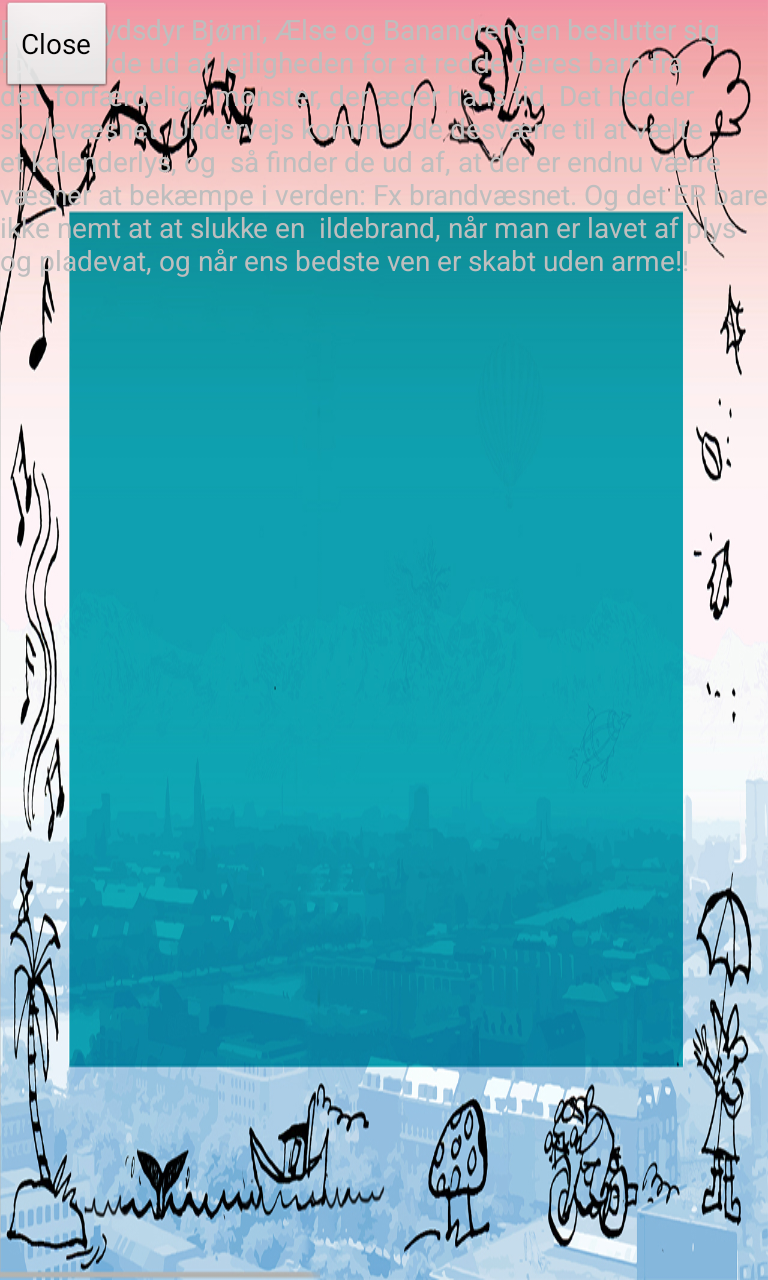
Repository: DreadMuffin/work
Layout: tablets/Historie/res/layout/popup1.xml
An editor plug-in stored every save of this project. The layout is shown before and after the next save, followed by the edit.
It is drawn on a 768 x 1280 px phone screen (xhdpi) without system bars, with theme android:Theme.NoTitleBar; the app's code is not run.

Above is the layout before, as saved 2015-02-26 04:40:41.

After the next save:
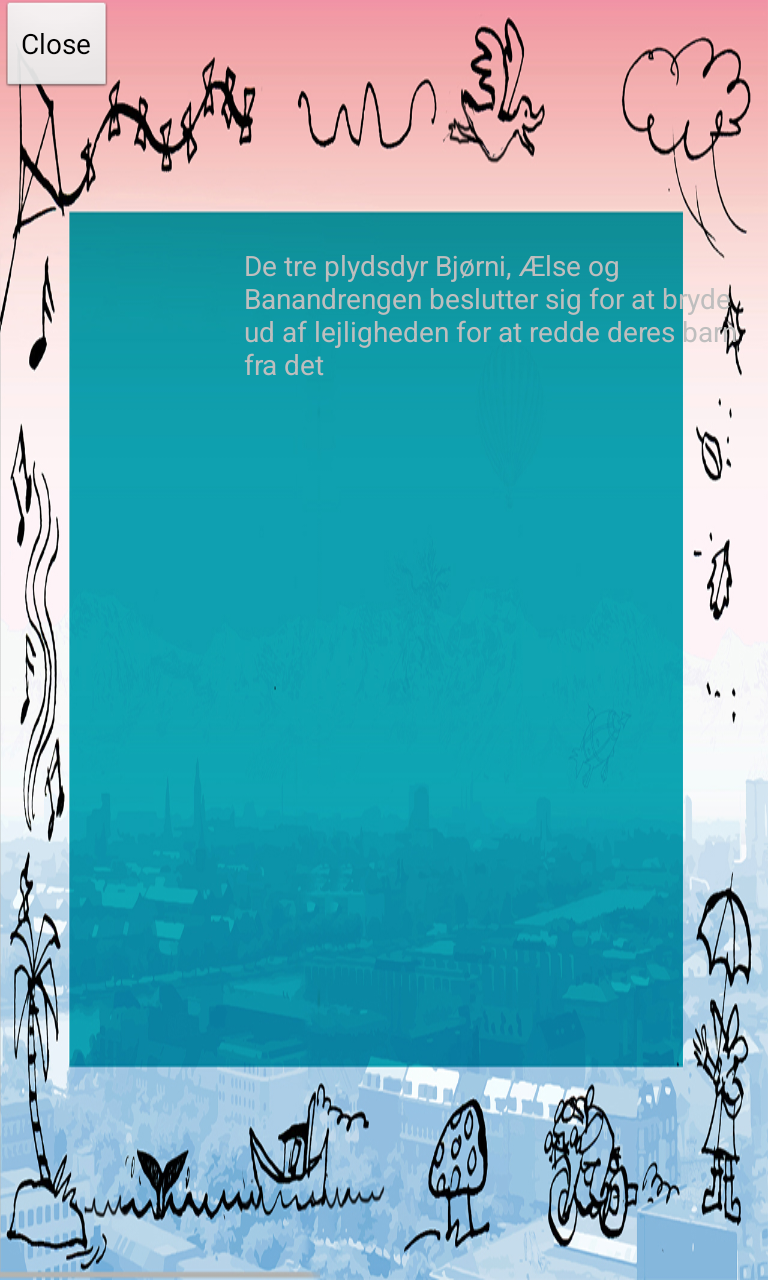
Saved 34 s later.
--- a/tablets/Historie/res/layout/popup1.xml
+++ b/tablets/Historie/res/layout/popup1.xml
@@ -6,16 +6,6 @@
     android:background="@drawable/popupwp"
     tools:context=".Historie" >
 
-	<TextView
-	android:id="@+id/txtView"
-	android:layout_width="wrap_content"
-	android:layout_height="wrap_content"
-	android:layout_marginTop="5sp"
-	android:text="De tre plydsdyr Bjørni, Ælse og Banandrengen beslutter sig for at bryde ud af lejligheden for at redde deres barn fra det
-forfærdelige monster, der æder hans tid. Det hedder skolevæsnet. Undervejs kommer de desværre til at vælte et kalenderlys, og
-så finder de ud af, at der er endnu værre væsner at bekæmpe i verden: Fx brandvæsnet. Og det ER bare ikke nemt at at slukke en
-ildebrand, når man er lavet af plys og pladevat, og når ens bedste ven er skabt uden arme!!" />
-
 	<Button
 	android:id="@+id/btn_close_popup"
 	android:layout_width="wrap_content"
@@ -23,4 +13,14 @@
 	android:layout_gravity="center"
 	android:text="Close" />
 
+	<TextView
+	    android:id="@+id/txtView"
+	    android:layout_width="wrap_content"
+	    android:layout_height="wrap_content"
+	    android:layout_below="@+id/btn_close_popup"
+	    android:layout_marginLeft="65dp"
+	    android:layout_marginTop="75dp"
+	    android:layout_toRightOf="@+id/btn_close_popup"
+	    android:text="De tre plydsdyr Bjørni, Ælse og Banandrengen beslutter sig for at bryde ud af lejligheden for at redde deres barn fra det " />
+
 </RelativeLayout>
